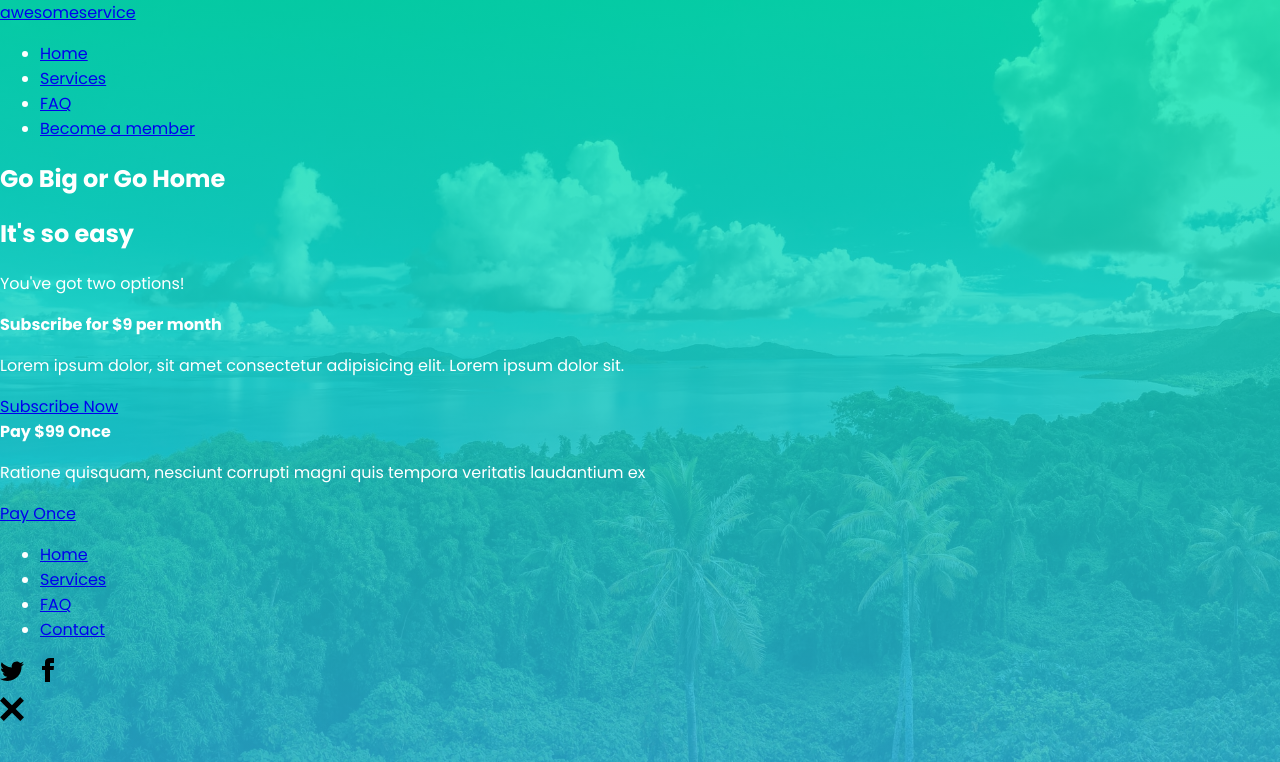
Repository: Hyperion72R/Animated-Navigation
Page: index.html
These files come from the project's save history. The page is drawn as it stood at one moment and after the next save; the edit follows.
The browser window is 1280 px wide. The pictures show the whole page.
The style sheet was rebuilt from its Sass, Less or Tailwind sources for each picture, by a compiler version that may differ from the author's.

Above is the page before, as saved 2021-08-14 15:42:41.

After the next save:
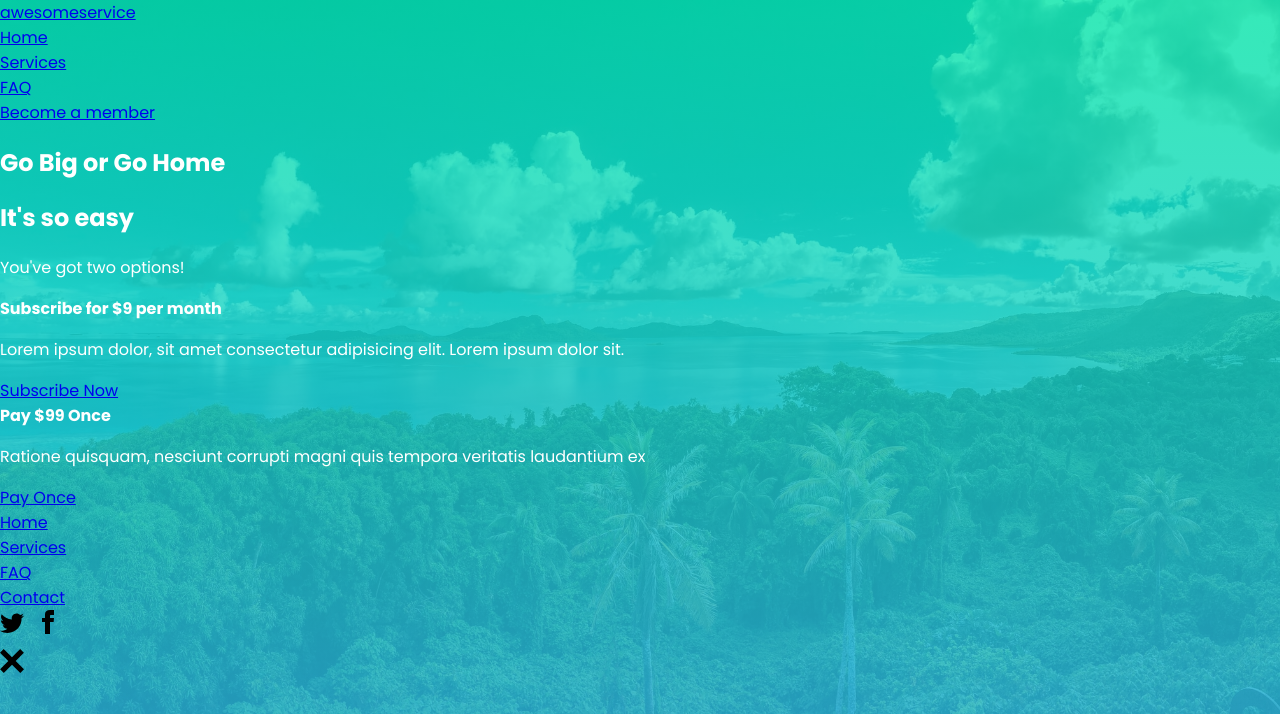
Saved 2 min 27 s later.
--- a/css/main.scss
+++ b/css/main.scss
@@ -18,3 +18,9 @@ body {
   //   overflow: hidden;
   background-repeat: no-repeat;
 }
+
+ul {
+  list-style-type: none;
+  margin: 0;
+  padding: 0;
+}
